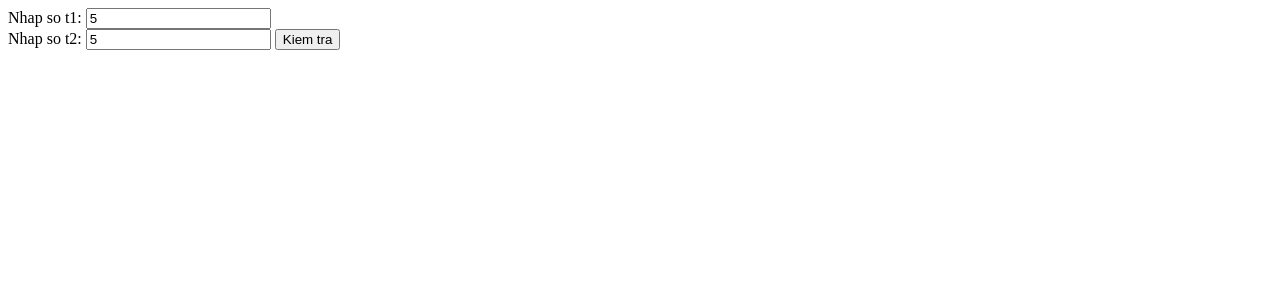
Repository: thanhp6868/ltWeb
Page: 1110/2/html/bai1.html
The author's editor kept a copy of each file at every save. The page is drawn from the files as they stood at one save, then again after the next save.
The browser window is 1280 px wide. The pictures show the whole page.
Empty fields were first filled with sample values (such as "Sample", 5 or name@example.com).
After loading, the first visible `button` was clicked once.

Above is the page before, as saved 2023-10-11 15:34:25.

After the next save:
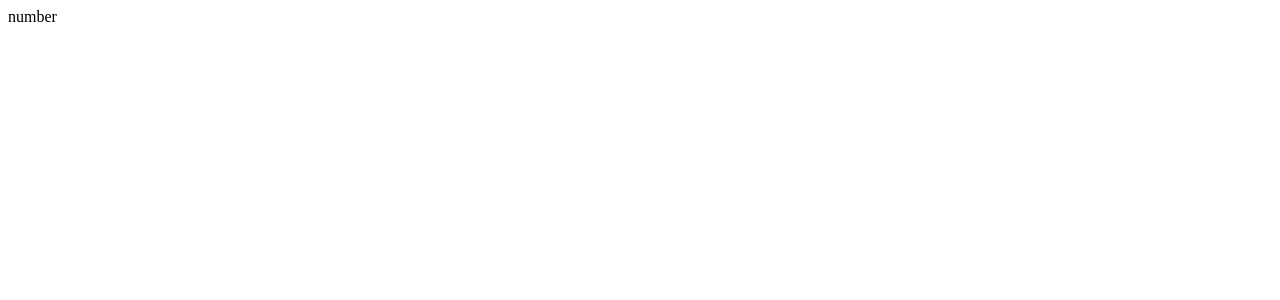
Saved 57 s later.
--- a/1110/2/js/baitap.js
+++ b/1110/2/js/baitap.js
@@ -6,5 +6,6 @@
     if (sodu == 0)
         alert("chia het");
     else alert("Khong chia het" + x);
+    document.write(typeof(x));
 
 }

After the save that followed:
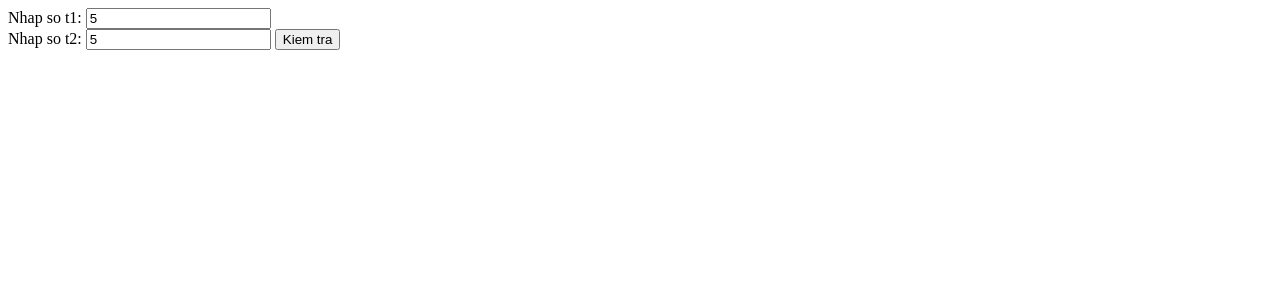
Saved 55 s later.
--- a/1110/2/js/baitap.js
+++ b/1110/2/js/baitap.js
@@ -1,11 +1,11 @@
 function bai1() {
     var x = parseInt(document.getElementById("num1"));
     var y = parseInt(document.getElementById("num2"));
-    var sodu = x % y;
+    var sodu =parseInt( x % y);
 
     if (sodu == 0)
         alert("chia het");
     else alert("Khong chia het" + x);
-    document.write(typeof(x));
+
 
 }
